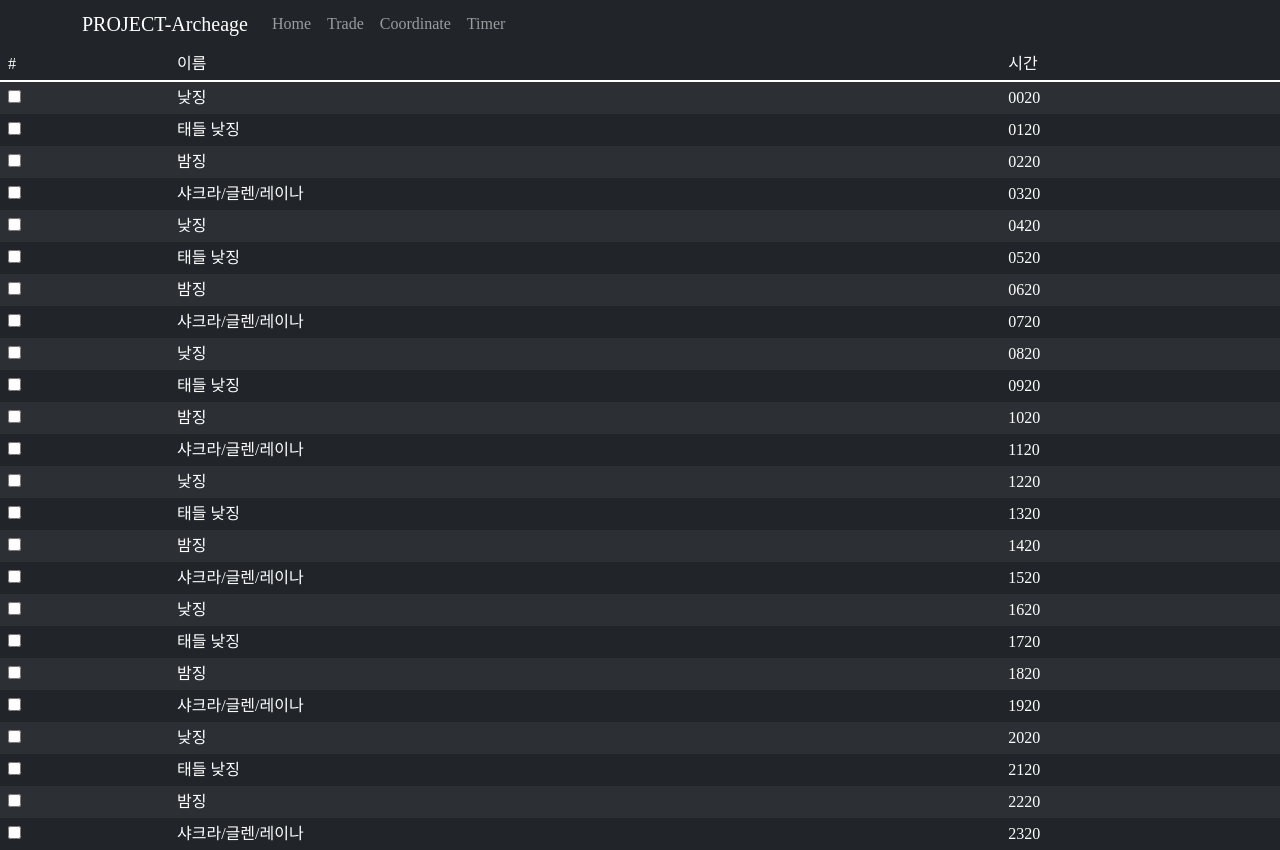
Repository: minsang98/project-archeage
Page: /timer
These files come from the project's save history. The page is drawn as it stood at one moment and after the next save; the edit follows.
The browser window is 1280 px wide. The pictures show the whole page.
The project was rebuilt for these pictures with package versions that can differ from the ones it lists, and the page was loaded fresh each time. Imported but missing from the stored project, and not drawn on this page: src/components/Timer/lol.mp3.

Above is the page before, as saved 2022-01-10 23:44:48.

After the next save:
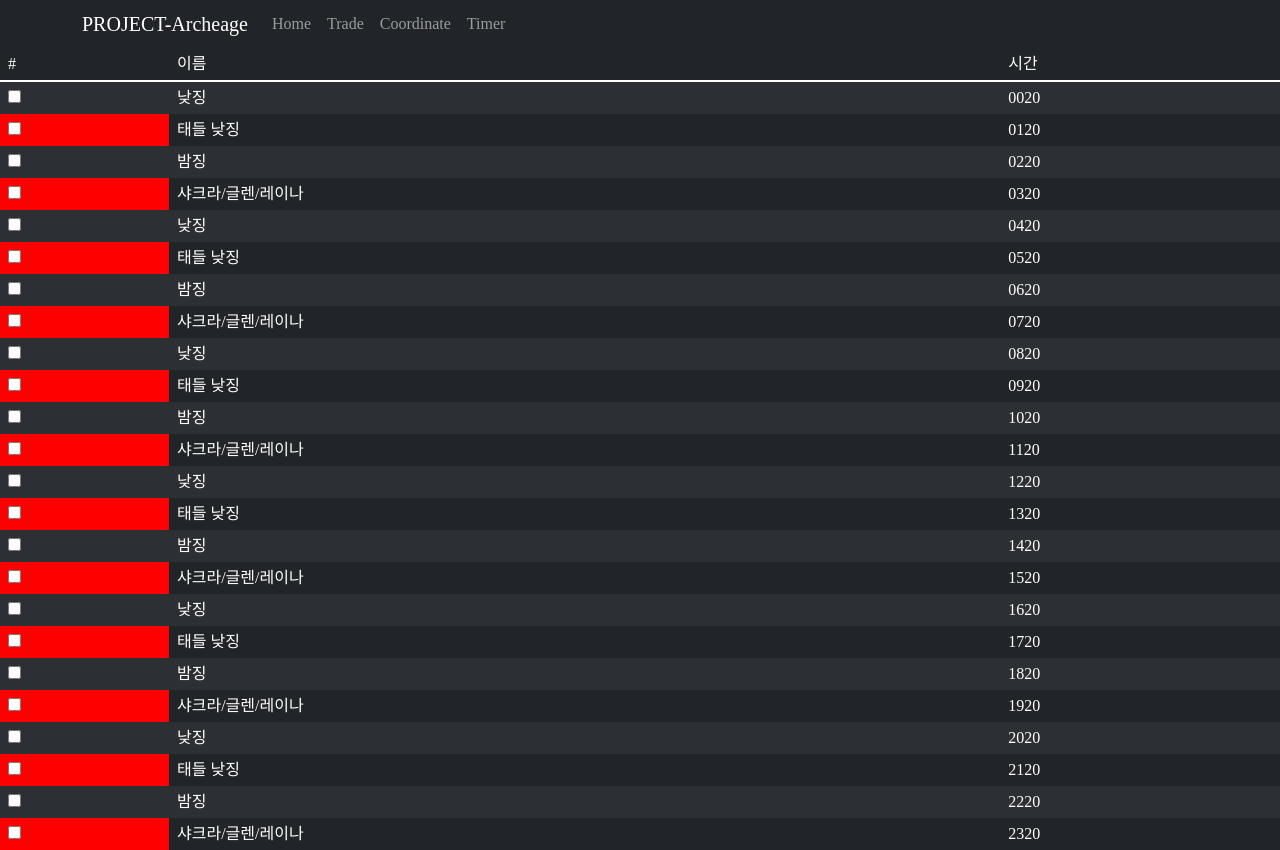
Saved 72 s later.
--- a/src/components/Timer/Timer.js
+++ b/src/components/Timer/Timer.js
@@ -40,8 +40,8 @@
         </thead>
         <tbody>
           {riftRaid.map((v, i) => (
-            <tr key={i} style={{ backgroundColor: 'red' }}>
-              <td>
+            <tr key={i}>
+              <td style={{ backgroundColor: 'red' }}>
                 <input type="checkbox" />
               </td>
               <td>

After the save that followed:
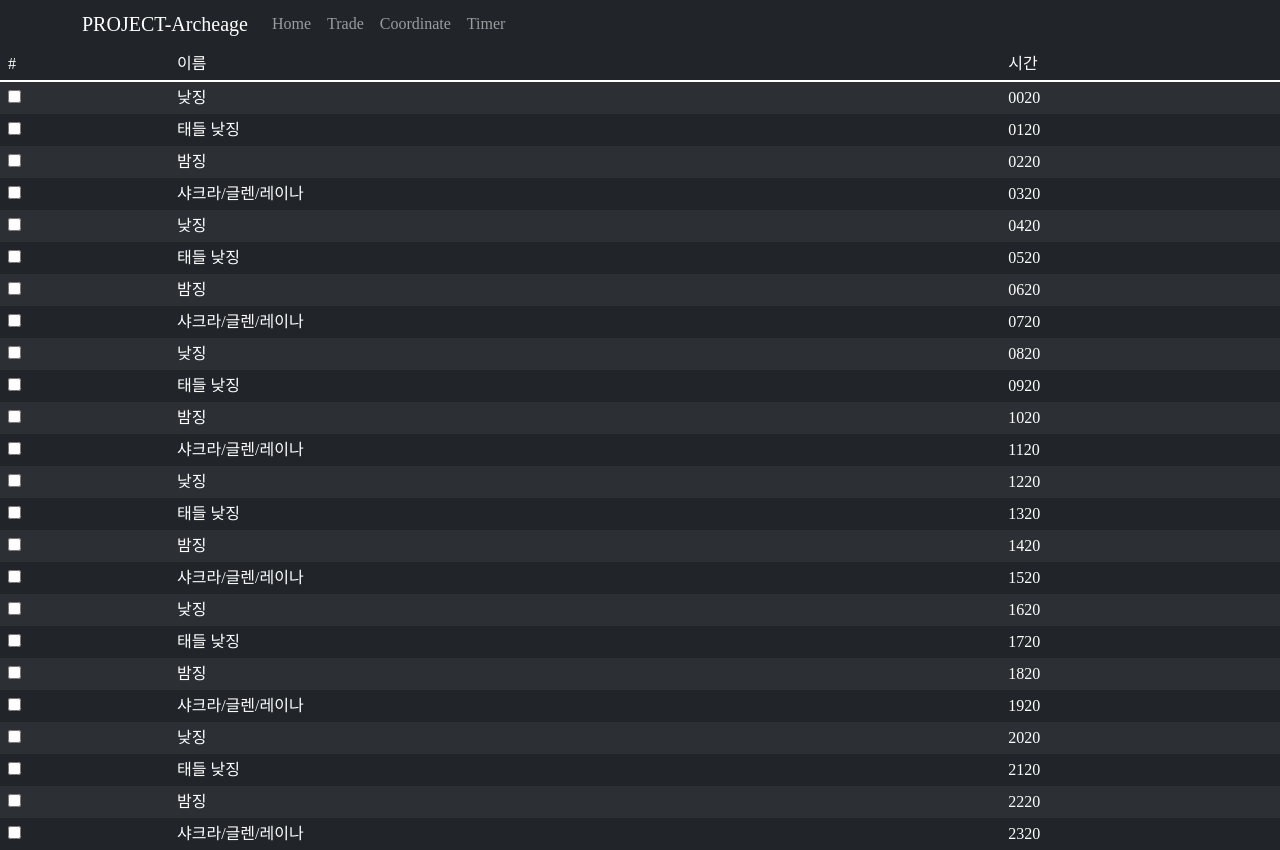
Saved 10 s later.
--- a/src/components/Timer/Timer.js
+++ b/src/components/Timer/Timer.js
@@ -41,7 +41,7 @@
         <tbody>
           {riftRaid.map((v, i) => (
             <tr key={i}>
-              <td style={{ backgroundColor: 'red' }}>
+              <td>
                 <input type="checkbox" />
               </td>
               <td>
